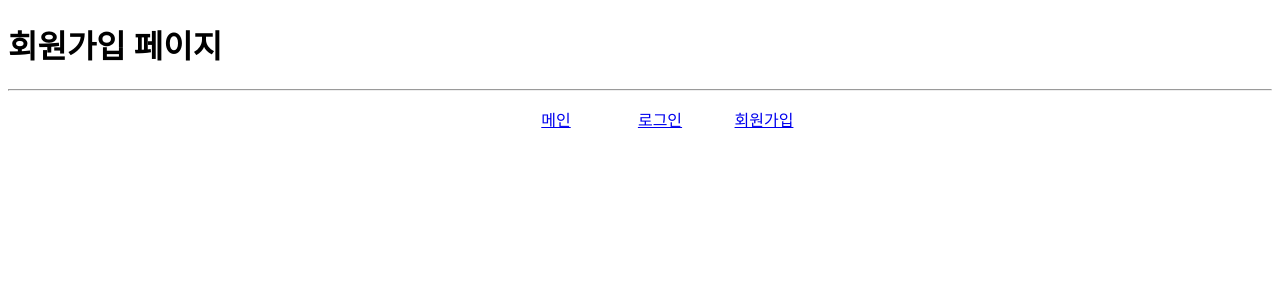
Repository: design-view/jsp-work
Page: http://localhost/cos/join.jsp
The author's editor kept a copy of each file at every save. The page is drawn from the files as they stood at one save, then again after the next save.
The browser window is 1280 px wide. The pictures show the whole page.
The page is served by Tomcat 9. Other server files are loaded and not shown.

Above is the page before, as saved 2020-08-22 02:42:52.

### cos/WebContent/join.jsp
<%@ page language="java" contentType="text/html; charset=UTF-8"
    pageEncoding="UTF-8"%>
<!DOCTYPE html>
<html>
<head>
<meta charset="UTF-8">
<title>회원가입 페이지</title>
<style>
	ul {
		text-align: center;
	}
	li { display: inline-block; width: 100px;  }
</style>
</head>
<body>
<h1>회원가입 페이지</h1>
	<hr/>
	<ul>
		<li><a href="main.jsp">메인</a></li>
		<li><a href="login.jsp">로그인</a></li>
		<li><a href="join.jsp">회원가입</a></li>
	</ul>
</body>
</html>

After the next save:
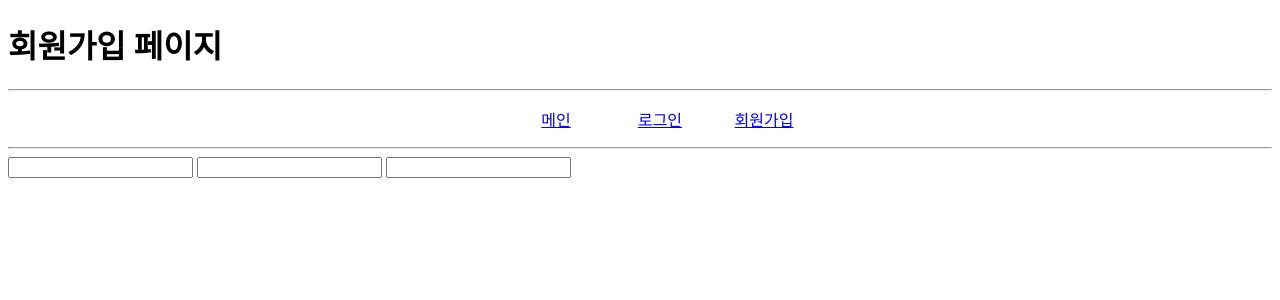
Saved 5 min 3 s later.
--- a/cos/WebContent/join.jsp
+++ b/cos/WebContent/join.jsp
@@ -13,12 +13,19 @@
 </style>
 </head>
 <body>
-<h1>회원가입 페이지</h1>
+	<h1>회원가입 페이지</h1>
 	<hr/>
 	<ul>
 		<li><a href="main.jsp">메인</a></li>
 		<li><a href="login.jsp">로그인</a></li>
 		<li><a href="join.jsp">회원가입</a></li>
 	</ul>
+	<hr/>
+	<!--  form 태그는 데이터를 전송하기 위한 박스    -->
+	<form>
+		<input type="text" name="username" />
+		<input type="password" name="password" />
+		<input type="email" name="email" />
+	</form>
 </body>
 </html>
